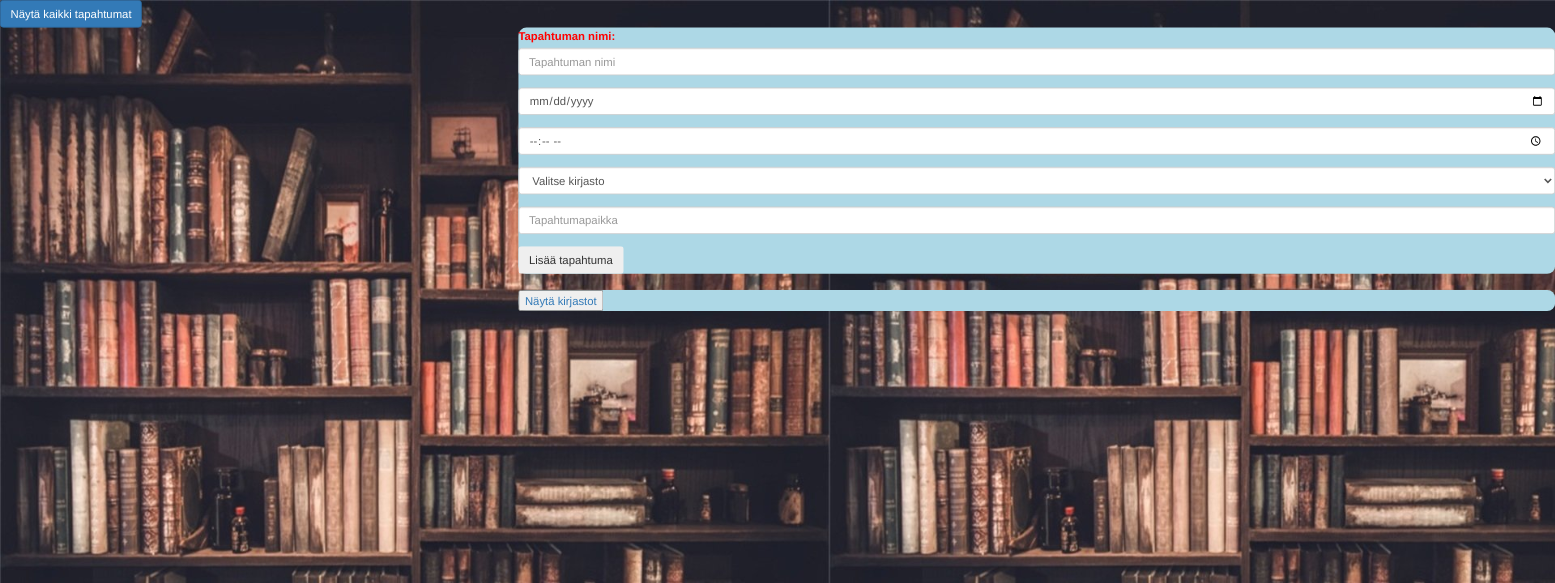
Repository: VadimZubchenko/Kirjastotapahtumat
Page: Webpage/index.html
These files come from the project's save history. The page is drawn as it stood at one moment and after the next save; the edit follows.
The browser window is 1280 px wide. The page is 1920 px wide, so the pictures cover 1920 px, including what lies to the right of the window. The pictures show the whole page, at 81% of full size.
The page's requests for data from a server got no answer.

Above is the page before, as saved 2023-11-23 14:48:22.

After the next save:
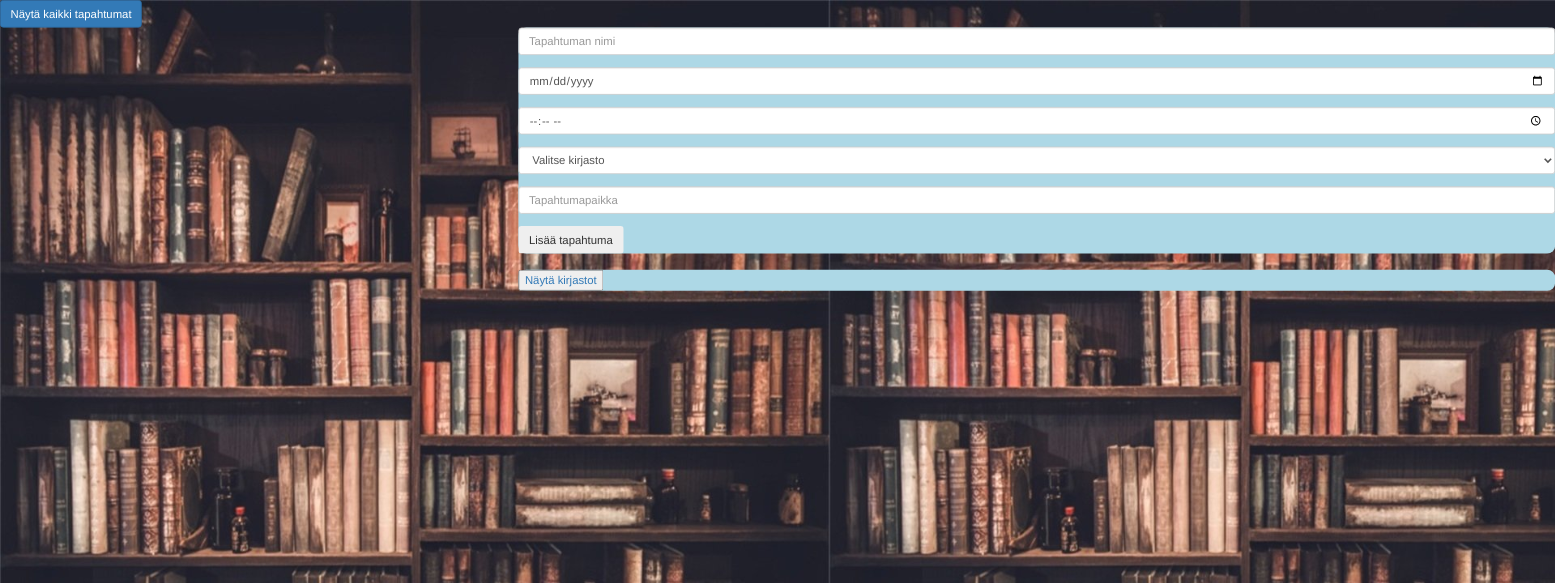
Saved 53 s later.
--- a/Webpage/index.html
+++ b/Webpage/index.html
@@ -115,7 +115,6 @@
     </div>
     <form action="/event_create" method="POST">
       <div class="form-group">
-        <label style="color: red">Tapahtuman nimi:</label>
         <input
           type="text"
           class="form-control"
